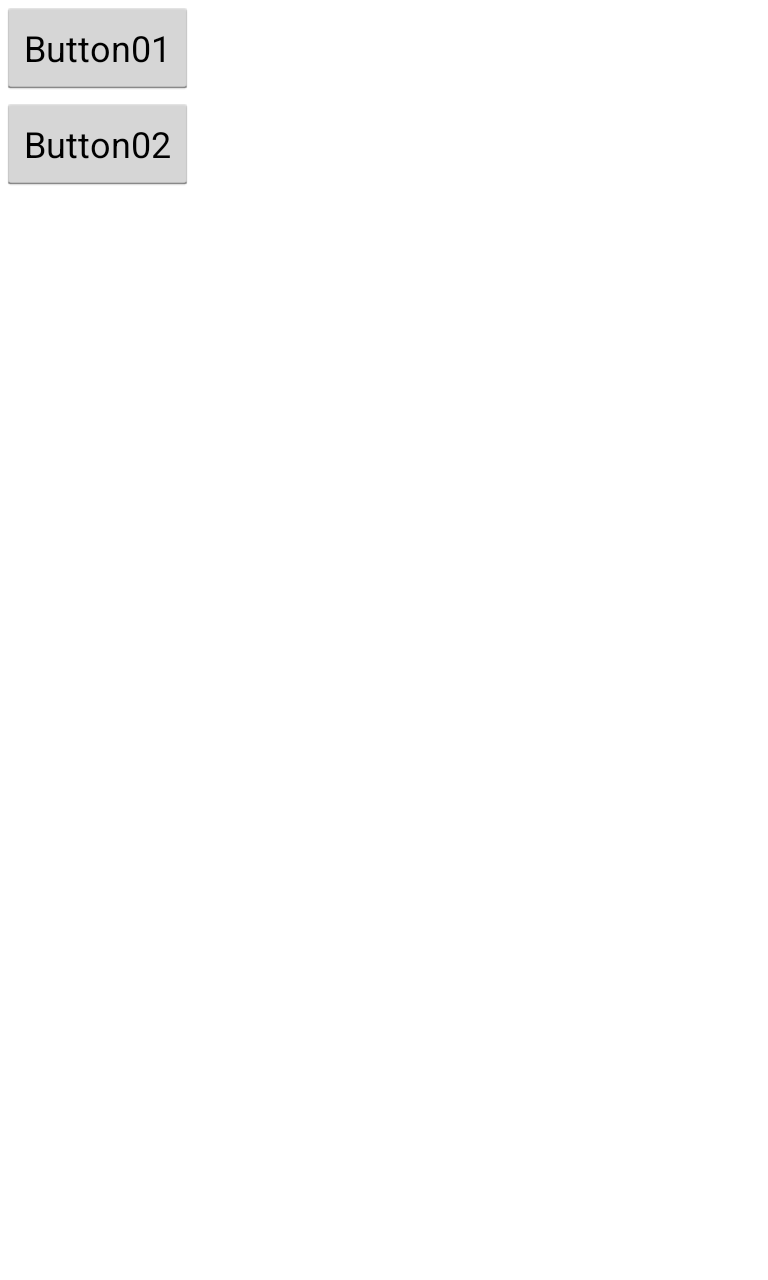
Repository: hugoM1/trainingNaranya
Layout: Layouts/res/layout/activity_home.xml
The author's editor kept a copy of each file at every save. The layout is drawn from the files as they stood at one save, then again after the next save.
It is drawn on a 768 x 1280 px phone screen (xhdpi) without system bars, with theme AppTheme; the app's code is not run.

Above is the layout before, as saved 2013-08-14 01:47:46.

### Layouts/res/layout/activity_home.xml
<?xml version="1.0" encoding="utf-8"?>
<LinearLayout
    xmlns:android="http://schemas.android.com/apk/res/android"
	android:orientation="vertical"
	android:layout_width="fill_parent"
	android:layout_height="fill_parent">

		<Button
		    android:text="Button01"
		    android:id="@+id/Button01"
			android:layout_width="wrap_content"
			android:layout_height="wrap_content" />

		<Button
		    android:text="Button02"
		    android:id="@+id/Button02"
			android:layout_width="wrap_content"
			android:layout_height="wrap_content" />
</LinearLayout>

### Layouts/res/values/strings.xml
<?xml version="1.0" encoding="utf-8"?>
<resources>

    <string name="app_name">Layouts</string>
    <string name="action_settings">Settings</string>
    <string name="hello_world">Hello world!</string>
    <string name="button1">Button1</string>
    <string name="button2">Button2</string>

</resources>

Loaded but not shown: Layouts/res/values/styles.xml (common file); Layouts/res/values-v11/styles.xml (common file); Layouts/res/values-v14/styles.xml (common file)

After the next save:
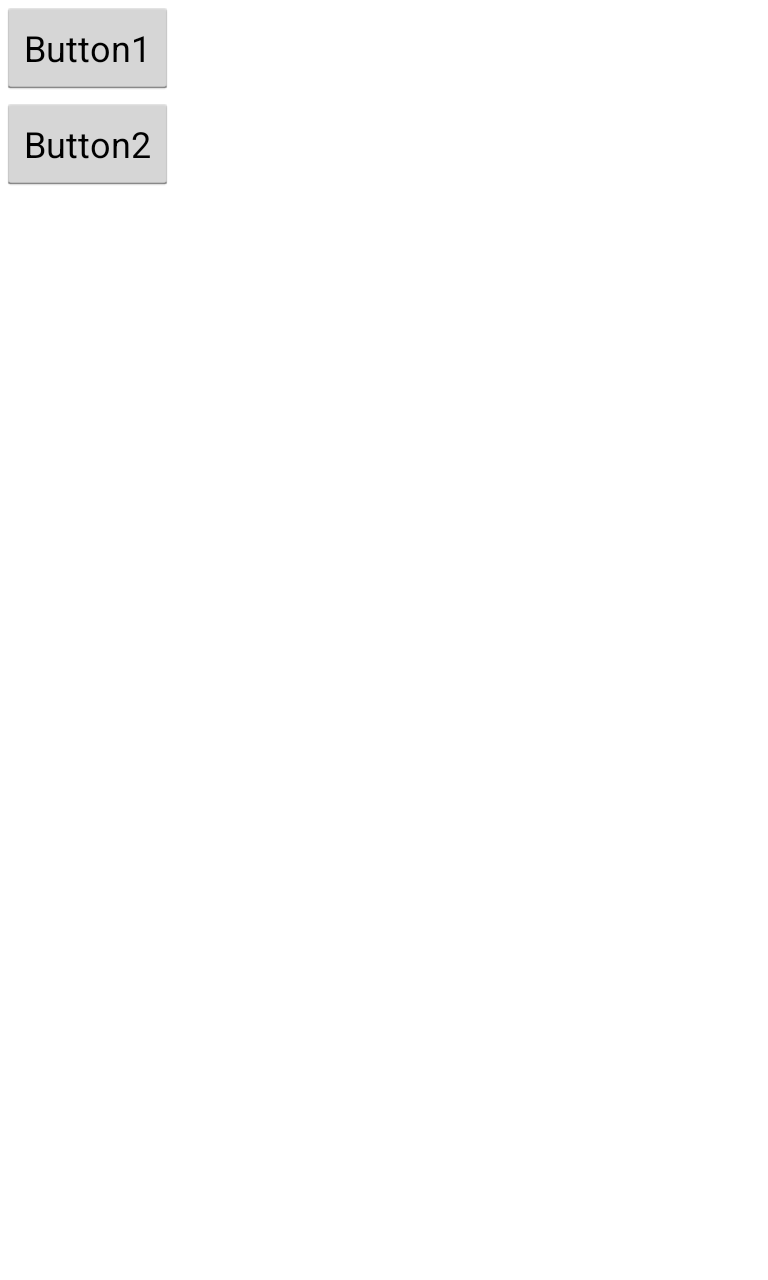
Saved 22 s later.
--- a/Layouts/res/layout/activity_home.xml
+++ b/Layouts/res/layout/activity_home.xml
@@ -6,13 +6,13 @@
 	android:layout_height="fill_parent">
 
 		<Button
-		    android:text="Button01"
+		    android:text="@string/button1"
 		    android:id="@+id/Button01"
 			android:layout_width="wrap_content"
 			android:layout_height="wrap_content" />
 
 		<Button
-		    android:text="Button02"
+		    android:text="@string/button2"
 		    android:id="@+id/Button02"
 			android:layout_width="wrap_content"
 			android:layout_height="wrap_content" />
